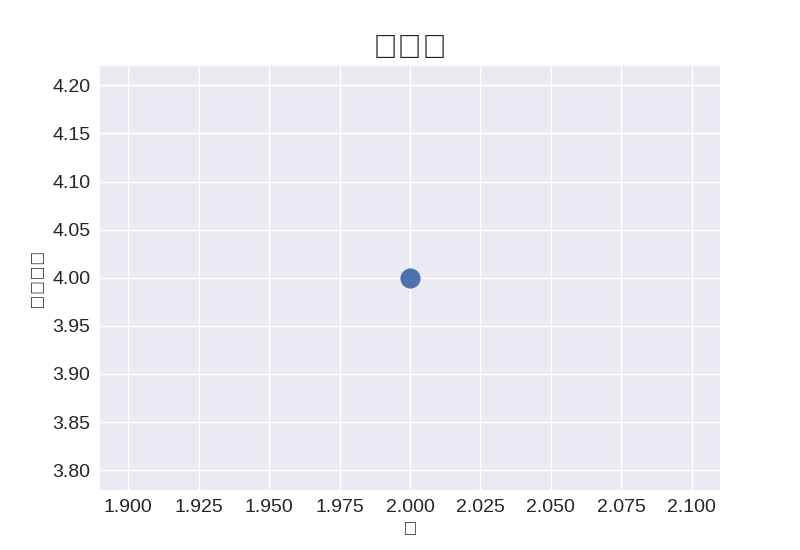
Repository: wh-debug/Matplotlib
Script's output: python make_scatter.py
These files come from the project's save history. The script's output is drawn as it stood at one moment and after the next save; the edit follows.
Random numbers start from a fixed seed.

Above is the script's output before, as saved 2021-02-20 08:52:39.

After the next save:
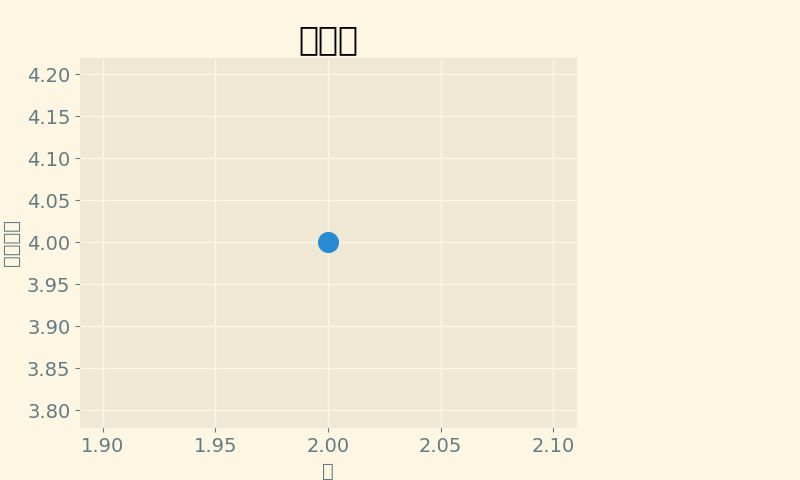
Saved 111 s later.
--- a/make_scatter.py
+++ b/make_scatter.py
@@ -1,17 +1,14 @@
 '''
 Author: your name
 Date: 2021-02-20 08:00:13
-LastEditTime: 2021-02-20 08:52:39
+LastEditTime: 2021-02-20 08:54:30
 LastEditors: Please set LastEditors
 Description: In User Settings Edit
 FilePath: \Matplotlib\make_scatter.py
 '''
 import matplotlib.pyplot as plt
-import seaborn as sns
 
-sns.set_style({'font.sans-serif':['SimHei','Arial']})
-
-plt.style.use('seaborn')
+plt.style.use('Solarize_Light2')
 fig, ax = plt.subplots()
 ax.scatter(2, 4, s=200)
 

After the save that followed:
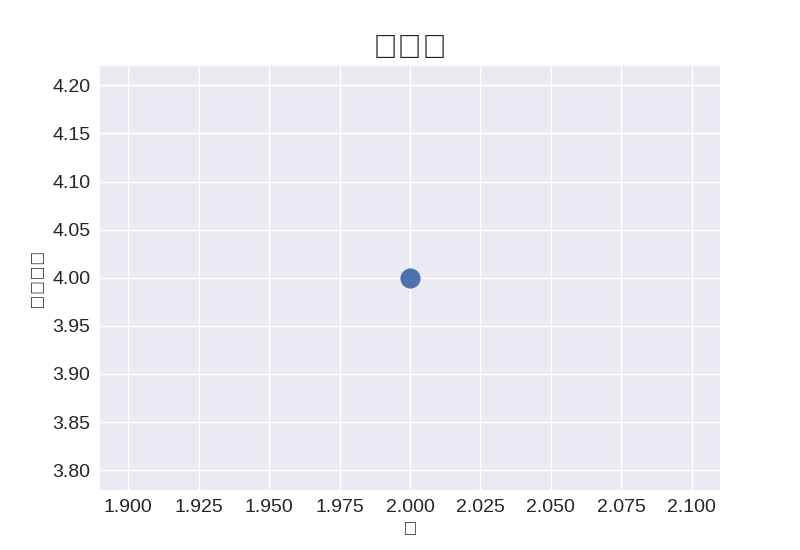
Saved 15 s later.
--- a/make_scatter.py
+++ b/make_scatter.py
@@ -1,14 +1,14 @@
 '''
 Author: your name
 Date: 2021-02-20 08:00:13
-LastEditTime: 2021-02-20 08:54:30
+LastEditTime: 2021-02-20 08:54:45
 LastEditors: Please set LastEditors
 Description: In User Settings Edit
 FilePath: \Matplotlib\make_scatter.py
 '''
 import matplotlib.pyplot as plt
 
-plt.style.use('Solarize_Light2')
+plt.style.use('seaborn')
 fig, ax = plt.subplots()
 ax.scatter(2, 4, s=200)
 
